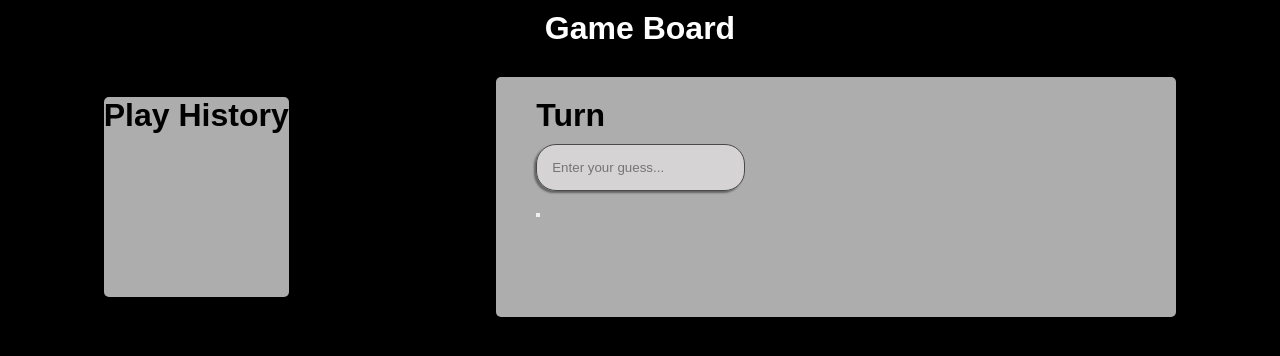
Repository: programmer686/Mastermind-with-Next.js
Page: /, after clicking the first element matching `button.StartScreen_51d34_startscreen__play_button`
An editor plug-in stored every save of this project. The page is shown before and after the next save, followed by the edit.
The browser window is 1280 px wide. The pictures show the whole page.
The project was rebuilt for these pictures with package versions that can differ from the ones it lists, and the page was loaded fresh each time. The framework's server and built-in components were replaced by stand-ins that run in the browser. Also part of the build but not shown: next.config.js, src/styles/StartScreen.module.css.

Above is the page before, as saved 2023-07-18 19:07:32.

### src/pages/index.js

import Head from 'next/head'
import Image from 'next/image'
import { Inter } from 'next/font/google'
import styles from '@/styles/Home.module.css'
import StartScreen from '@/comps/StartScreen'
import { useState } from 'react'
import GameBoard from '@/comps/GameBoard'

const inter = Inter({ subsets: ['latin'] })

export default function Home() {
  const [startGame, setStartGame] = useState(true);

  function handleStart() {
    setStartGame(prev => prev ? prev == false : prev == prev);
  }
  return (
    <>
      <Head>
        <title>Create Next App</title>
        <meta name="description" content="Generated by create next app" />
        <meta name="viewport" content="width=device-width, initial-scale=1" />
        <link rel="icon" href="/favicon.ico" />
      </Head>
     <main className={styles.index__body}>
        {startGame ? <StartScreen handleStart={handleStart}/> : <GameBoard/>}
     </main>
    </>
  )
}

### src/styles/Home.module.css


.index__body {
  margin: 0;
  padding: 0;
  box-sizing: border-box;
  width: 100vw;
  height: 100vh;
  background-color: black;
}

### src/comps/StartScreen.js
import styles from '@/styles/StartScreen.module.css'

export default function StartScreen(props) {
    return (
        <main className={styles.startscreen__body}>
            <p className={styles.startscreen__game_name}>Mastermind Game</p>
            <button onClick={props.handleStart} className={styles.startscreen__play_button}>Play Game</button>
        </main>
    )
}

### src/comps/GameBoard.js
import styles from '@/styles/GameBoard.module.css'
import PastPlay from './PastPlay'
import GamePlay from './GamePlay'
import { useState } from 'react'
import StartScreen from './StartScreen'

export default function GameBoard() {
    const [userInput, setUserInput] = useState("")
    const [toManyCharacters, setToManyCharacters] = useState(false);
    function handleInput(e) {
        const {value} = e.target
        console.log(typeof(value))
        if (value.length > 4) {
            setToManyCharacters(true)
        } else {
            setToManyCharacters(false)
        }

       let containsAlpha = /^[a-zA-Z]*$/.test(value)

        if (containsAlpha) {
            console.log("has alphabetical characters");
        }
    }


    return (
        <main>
            <div className={styles.GameBoard__header}>
                <h1 className={styles.GameBoard__name}>Game Board</h1>
            </div>
            <div className={styles.GameBoard__body}>
                <PastPlay/>
                <GamePlay handleInput={handleInput} toManyCharacters={toManyCharacters}/>
            </div>
        </main>
    )

}

### src/styles/GameBoard.module.css
.GameBoard__header {
    width: 100%;
    padding: 10px 0px;
    text-align: center;
}

.GameBoard__body {
    width: 100%;
    padding: 20px 0px;
    display: flex;
    justify-content: space-around;
    align-items: center;
}

.GameBoard__name {
    font-weight: bolder;
    font-family: Arial, Helvetica, sans-serif;
    color: white;
}

.GameBoard__tomany {
    font-weight: 700;
    font-weight: bolder;
    font-family: Arial, Helvetica, sans-serif;
    color: red;
}

### src/comps/PastPlay.js
import styles from '@/styles/PastPlay.module.css'

export default function PastPlay() {
    return (
        <main className={styles.PastPlay__board}>
            <h1 className={styles.PastPlay__name}>Play History</h1>
        </main>
    )
}

### src/comps/GamePlay.js
import styles from '@/styles/GamePlay.module.css'
import { useState } from 'react';




export default function GamePlay(props) {
    const [userInput, setUserInput] = useState("")

    function getUserValue(event) {
        if (!(/[a-zA-Z]/gi.test(event.target.value)) && event.target.value.length <= 4) {
            setUserInput(event.target.value);
        }
    }


  function submitUserInput(event) {
    if (event.key === "Enter") {
        event.preventDefault();
        console.log(userInput);
        setUserInput(userInput);
    }
  };

    return (
        <main className={styles.GamePlay__board }>
            <h1 className={styles.GamePlay__title}>Turn</h1>
            <form>
                <input
                    className={styles.GamePlay__userInput_btn}
                    value={userInput}
                    id="user_input"
                    type="text"
                    onChange={getUserValue}
                    onKeyDown={submitUserInput}
                    placeholder="Enter your guess..."
                />
            </form>
            {props.toManyCharacters ? <p className={styles.GamePlay__error}>To many characters</p> : <></>}
            <button></button>
        </main>
    )
}

### src/styles/PastPlay.module.css
.PastPlay__board {
    max-width: 300px;
    border-radius: 5px;

    min-height: 200px;
    background: rgb(173, 173, 173);
}


.PastPlay__name {
    font-weight: bolder;
    font-family: Arial, Helvetica, sans-serif;
    color: black;
}

### src/styles/GamePlay.module.css
.GamePlay__board {
    padding: 20px 40px;
    width: 600px;
    border-radius: 5px;
    min-height: 200px;
    background: rgb(173, 173, 173);
}

.GamePlay__title {
    font-weight: bolder;
    font-family: Arial, Helvetica, sans-serif;
    color: black;
}

.GamePlay__error {
    font-size: 14px;
    font-weight: bolder;
    font-family: Arial, Helvetica, sans-serif;
    color: red;
}

.GamePlay__userInput_btn {
    background: rgba(245, 241, 241, 0.568)0000;
    padding: 15px;
    margin: 10px 0px;
    border: 1px solid rgb(73, 73, 73);
    box-shadow: -2px 2px 2px rgb(99, 99, 99);
    border-radius: 20px;
}

Loaded but not shown: src/pages/_app.js (common file); src/pages/_document.js (common file); src/styles/globals.css (common file)

After the next save:
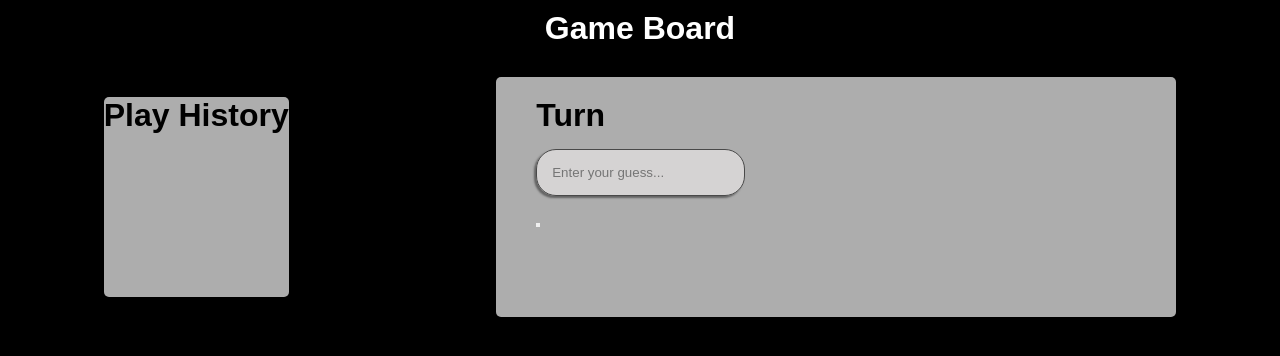
Saved 7 s later.
--- a/src/styles/GamePlay.module.css
+++ b/src/styles/GamePlay.module.css
@@ -22,7 +22,7 @@
 .GamePlay__userInput_btn {
     background: rgba(245, 241, 241, 0.568)0000;
     padding: 15px;
-    margin: 10px 0px;
+    margin: 15px 0px;
     border: 1px solid rgb(73, 73, 73);
     box-shadow: -2px 2px 2px rgb(99, 99, 99);
     border-radius: 20px;
